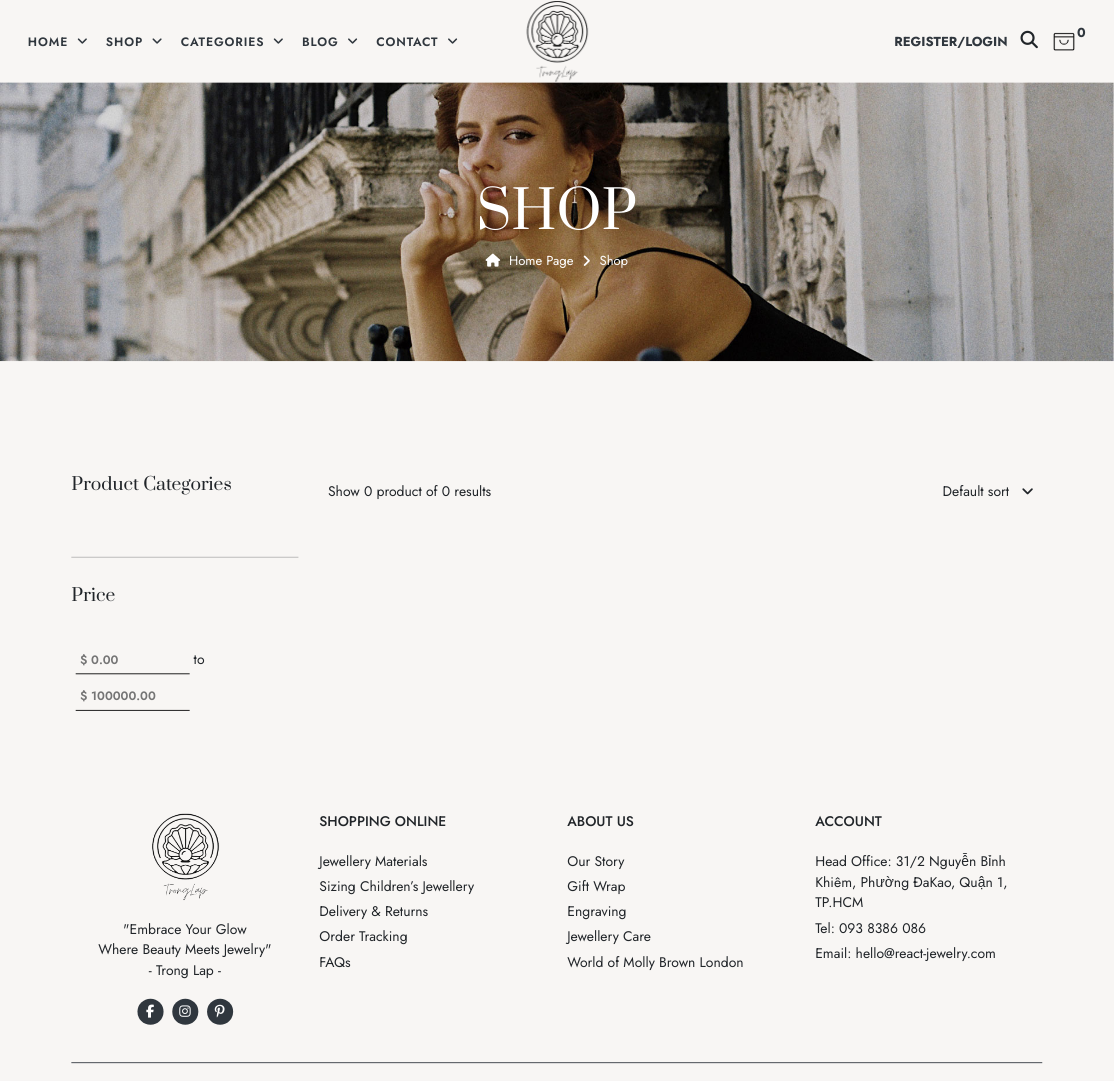
Repository: tronglap/react-jewelry
Page: /list-product
The author's editor kept a copy of each file at every save. The page is drawn from the files as they stood at one save, then again after the next save.
The browser window is 1280 px wide. The pictures show the whole page, at 87% of full size.
The page's requests for data from a server got no answer. The project was rebuilt for these pictures with package versions that can differ from the ones it lists, and the page was loaded fresh each time. No one was signed in, and anything a server would have sent is missing. Also part of the build but not shown: src/component/Button/Button.css, src/component/Button/Button.js, src/component/SliderBar/SliderBar.css, src/component/SliderBar/SliderBar.js, src/component/Home/WWD/WWD.css, src/component/Home/WWD/WWD.js, src/component/Home/Home.css, src/component/Home/Categories/Categories.js and 14 more.

Above is the page before, as saved 2024-03-26 18:49:09.

After the next save:
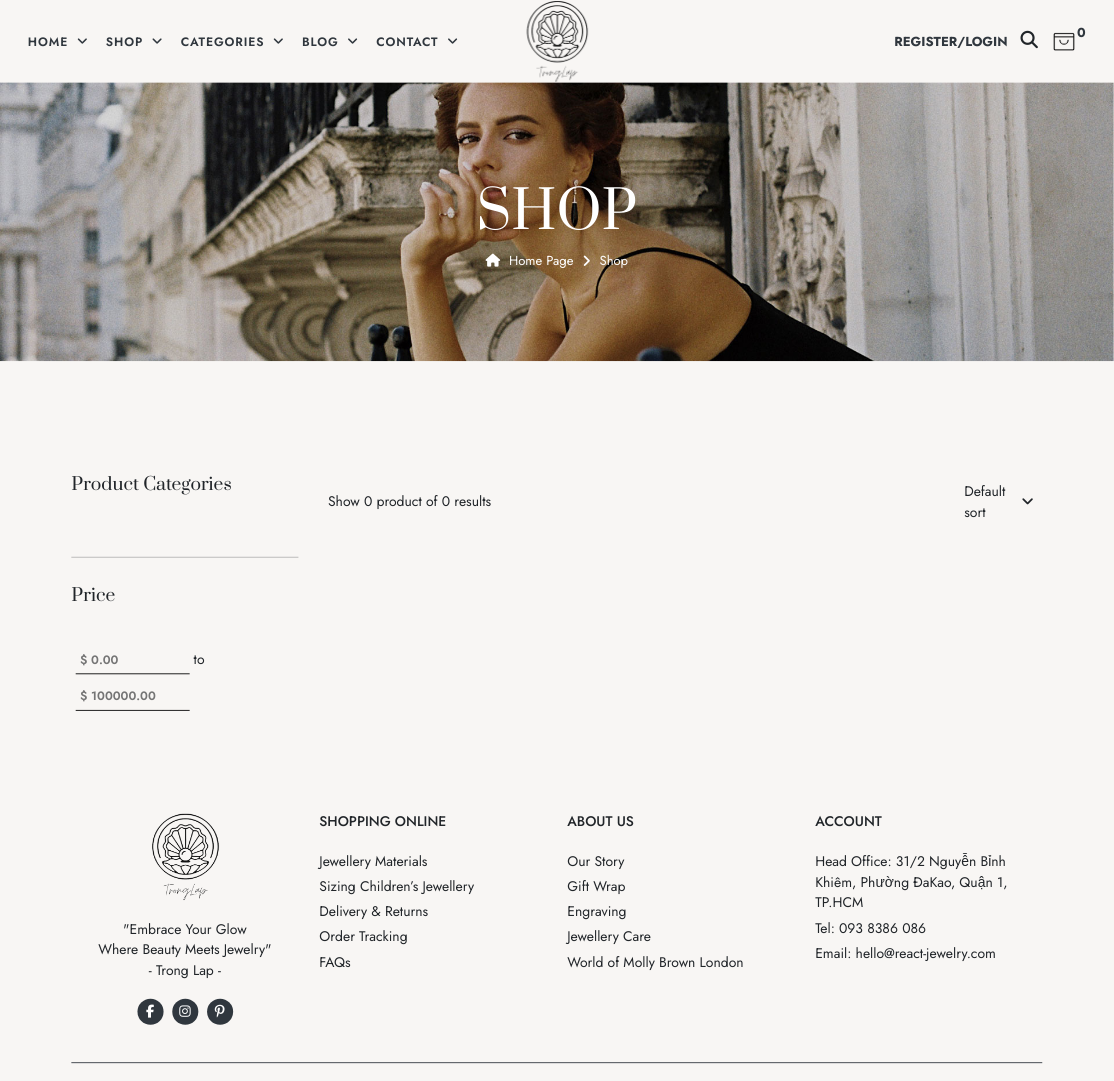
Saved 16 s later.
--- a/src/component/ListProduct/ListProduct.css
+++ b/src/component/ListProduct/ListProduct.css
@@ -84,7 +84,7 @@ input[type=number]::-webkit-inner-spin-button {
     display: flex;
     align-items: center;
     justify-content: space-between;
-    width: 15%;
+    width: 12%;
     margin-bottom: 20px;
     padding: 10px;
     position: relative;
